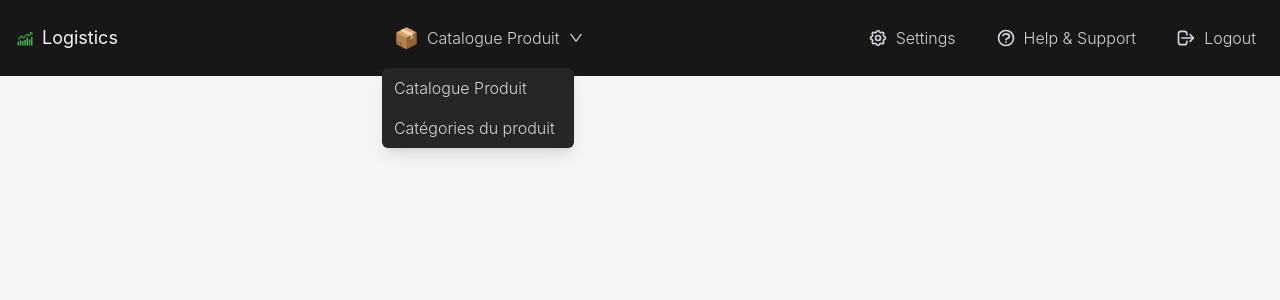
Repository: Mayar2222/Dashboard
Page: /, after clicking the first element matching `button.flex`
The author's editor kept a copy of each file at every save. The page is drawn from the files as they stood at one save, then again after the next save.
The browser window is 1280 px wide. The pictures show the whole page.
Pictures or frames that could not be fetched are drawn as grey boxes. The project was rebuilt for these pictures with package versions that can differ from the ones it lists, and the page was loaded fresh each time. Also part of the build but not shown: src/components/CatalogueProduits.jsx, src/components/Categories.jsx.

Above is the page before, as saved 2024-07-28 16:16:44.

### src/App.jsx
import { Route, BrowserRouter as Router, Routes } from "react-router-dom";
import CatalogueProduits from "./components/CatalogueProduits";
import Categories from "./components/Categories";
import Layout from "./components/shared/Layout";

function App() {
  return (
      <Router>
      <Routes>
        <Route path="/"  element={<Layout/>}>
          <Route path="CatalogueProduits"  element={<CatalogueProduits/>}/>
          <Route path="Categories"  element={<Categories/>}/>

          <Route path="login"  element={<div>this login page</div>}/>

        </Route>
      </Routes>
      </Router>
  );
}

export default App;

### src/index.css
@import url('https://fonts.googleapis.com/css2? family=Poppins:wght@400; 600;700&display=swap');


@tailwind base;
@tailwind components;
@tailwind utilities;

@layer base {
    html {
        font-family: 'Inter', sans-serif;
        line-height: 1.3;
    }
    table {
        /* Add any specific styles for the table here if needed */
    }
    th,
    td {
        @apply py-3 px-2.5 text-sm text-left border-y border-gray-200;
    }
    thead {
        @apply bg-neutral-100;
    }
    th {
        @apply font-semibold;
    }
    a {
        @apply text-sky-500 hover:underline;
    }
}

### src/components/shared/Layout.jsx
import React from 'react'
import { Outlet } from 'react-router-dom'
import Header from './Header'
import Sidebar from './Sidebar'
export default function Layout() {
  return (
    <div className='flex flex-row bg-neutral-100 h-screen w-screen overflow-hidden'>
<Sidebar/>
     <div className='flex-1'>
      <Header/>
      <div className='p-4'>{<Outlet/>}</div>

      </div>


    </div>
  )
}

### src/components/shared/Header.jsx
import { Menu, Popover, Transition } from '@headlessui/react';
import React, { Fragment } from 'react';
import { HiOutlineBell, HiOutlineChat, HiOutlineSearch } from 'react-icons/hi';

export default function Header() {
  return (
    <div className='bg-white h-16 px-4 flex justify-between items-center border-b border-gray-200'>
      <div className='relative'>
        <HiOutlineSearch fontSize={20} className='text-gray-400 absolute top-1/2 -translate-y-1/2 left-3' />
        <input
          type="text"
          placeholder='Search...'
          className='text-sm focus:outline-none active:outline-none h-10 w-[24rem] border border-gray-300 rounded-sm pl-11 pr-4'
        />
      </div>
      <div className="flex items-center gap-2 mr-2">
        <Popover className="relative">
          {({ open }) => (
            <>
              <Popover.Button
                className={`p-1.5 rounded-sm inline-flex items-center ${open ? 'text-gray-900' : 'text-gray-700 hover:text-gray-900'} focus:outline-none`}
              >
                <HiOutlineChat fontSize={24} />
              </Popover.Button>
              <Transition
                as={Fragment}
                enter="transition ease-out duration-200"
                enterFrom="opacity-0 translate-y-1"
                enterTo="opacity-100 translate-y-0"
                leave="transition ease-in duration-150"
                leaveFrom="opacity-100 translate-y-0"
                leaveTo="opacity-0 translate-y-1"
              >
                <Popover.Panel className="absolute right-0 z-10 mt-2.5 w-80">
                  <div className="bg-white rounded-sm shadow-md ring-1 ring-black ring-opacity-5 px-2 py-2.5">
                    <strong className="text-gray-700 font-medium">Messages</strong>
                    <div className="mt-2">This is the messages panel!</div>
                  </div>
                </Popover.Panel>
              </Transition>
            </>
          )}
        </Popover>

        <Popover className="relative">
          {({ open }) => (
            <>
              <Popover.Button
                className={`p-1.5 rounded-sm inline-flex items-center ${open ? 'text-gray-900' : 'text-gray-700 hover:text-gray-900'} focus:outline-none`}
              >
                <HiOutlineBell fontSize={24} />
              </Popover.Button>
              <Transition
                as={Fragment}
                enter="transition ease-out duration-200"
                enterFrom="opacity-0 translate-y-1"
                enterTo="opacity-100 translate-y-0"
                leave="transition ease-in duration-150"
                leaveFrom="opacity-100 translate-y-0"
                leaveTo="opacity-0 translate-y-1"
              >
                <Popover.Panel className="absolute right-0 z-10 mt-2.5 w-80">
                  <div className="bg-white rounded-sm shadow-md ring-1 ring-black ring-opacity-5 px-2 py-2.5">
                    <strong className="text-gray-700 font-medium">Notifications</strong>
                    <div className="mt-2">This is the notifications panel!</div>
                  </div>
                </Popover.Panel>
              </Transition>
            </>
          )}
        </Popover>

        <Menu as="div" className="relative">
          <div>
            <Menu.Button className="ml-2 inline-flex">
              <span className='sr-only'>Open user menu</span>
              <div className='h-10 w-10 rounded-full bg-sky-500 bg-cover bg-no-repeat bg-center' style={{backgroundImage: 'url("https://images.unsplash.com/photo-1529626455594-4ff0802cfb7e?crop=faces&fit=crop&w=80&h=80&q=80")'}}>
                <span className='sr-only'>Mayar</span>
              </div>
            </Menu.Button>
          </div>
          <Transition
            as={Fragment}
            enter="transition ease-out duration-200"
            enterFrom="opacity-0 translate-y-1"
            enterTo="opacity-100 translate-y-0"
            leave="transition ease-in duration-150"
            leaveFrom="opacity-100 translate-y-0"
            leaveTo="opacity-0 translate-y-1"
          >
            <Menu.Items className="absolute right-0 mt-2 w-48 origin-top-right bg-white border border-gray-200 divide-y divide-gray-100 rounded-md shadow-lg outline-none">
              <div className="px-4 py-3">
                <p className="text-sm">Signed in as</p>
                <p className="text-sm font-medium text-gray-900 truncate">Mayar</p>
              </div>
              <div className="py-1">
                <Menu.Item>
                  {({ active }) => (
                    <a
                      href="/profile"
                      className={`${
                        active ? 'bg-gray-100 text-gray-900' : 'text-gray-700'
                      } flex justify-between w-full px-4 py-2 text-sm leading-5 text-left`}
                    >
                      Your Profile
                    </a>
                  )}
                </Menu.Item>
                <Menu.Item>
                  {({ active }) => (
                    <a
                      href="/settings"
                      className={`${
                        active ? 'bg-gray-100 text-gray-900' : 'text-gray-700'
                      } flex justify-between w-full px-4 py-2 text-sm leading-5 text-left`}
                    >
                      Settings
                    </a>
                  )}
                </Menu.Item>
              </div>
              <div className="py-1">
                <Menu.Item>
                  {({ active }) => (
                    <a
                      href="/logout"
                      className={`${
                        active ? 'bg-gray-100 text-gray-900' : 'text-gray-700'
                      } flex justify-between w-full px-4 py-2 text-sm leading-5 text-left`}
                    >
                      Sign out
                    </a>
                  )}
                </Menu.Item>
              </div>
            </Menu.Items>
          </Transition>
        </Menu>
      </div>
    </div>
  );
}

### src/components/shared/Sidebar.jsx
import React, { useState } from 'react';
import { AiOutlineDown, AiOutlineRight } from 'react-icons/ai';
import { FcBullish } from 'react-icons/fc';
import { HiOutlineLogout } from 'react-icons/hi';
import { Link, useLocation } from 'react-router-dom';
import { DASHBOARD_SIDEBAR_BOTTOM_LINKS, DASHBOARD_SIDEBAR_LINKS } from '../../lib/consts/navigation';

const linkClasses =
  'flex items-center gap-2 font-light px-3 py-2 hover:bg-neutral-700 hover:no-underline active:bg-neutral-600 rounded-sm text-base text-gray-300';

const titleClasses = 'flex items-center gap-2 px-1 py-3 text-neutral-100 text-lg';

export default function Sidebar() {
  const { pathname } = useLocation();
  const [isCatalogueOpen, setIsCatalogueOpen] = useState(false);

  const toggleCatalogue = () => {
    setIsCatalogueOpen(!isCatalogueOpen);
  };

  return (
    <nav className="bg-neutral-900 w-full p-3 flex items-center text-white fixed top-0 z-10">
      <div className={`${titleClasses} mr-auto`}>
        <FcBullish />
        <span>Logistics</span>
      </div>
      <div className="flex space-x-4">
        <div className="relative">
          <button onClick={toggleCatalogue} className={linkClasses}>
            <span className="text-xl">📦</span>
            <span>Catalogue Produit</span>
            {isCatalogueOpen ? <AiOutlineDown /> : <AiOutlineRight />}
          </button>
          {isCatalogueOpen && (
            <div className="absolute left-0 mt-2 w-48 bg-neutral-800 rounded-md shadow-lg z-20">
              <Link to="/catalogue" className={linkClasses}>
                Catalogue Produit
              </Link>
              <Link to="/categories" className={linkClasses}>
                Catégories du produit
              </Link>
            </div>
          )}
        </div>
        {DASHBOARD_SIDEBAR_LINKS.filter(link => link.label !== "Catalogue Produit").map(({ key, path, icon, label }) => (
          <Link
            key={key}
            to={path}
            className={`${linkClasses} ${pathname === path ? 'bg-neutral-700' : ''}`}
          >
            {icon && <span className="text-xl">{icon}</span>}
            <span>{label}</span>
          </Link>
        ))}
      </div>
      <div className="flex space-x-4 ml-auto">
        {DASHBOARD_SIDEBAR_BOTTOM_LINKS.map(({ key, path, icon, label }) => (
          <Link
            key={key}
            to={path}
            className={`${linkClasses} ${pathname === path ? 'bg-neutral-700' : ''}`}
          >
            {icon && <span className="text-xl">{icon}</span>}
            <span>{label}</span>
          </Link>
        ))}
        <Link
          to="/logout" // Adjust the path as needed
          className={linkClasses}
        >
          <HiOutlineLogout className="text-xl" />
          <span>Logout</span>
        </Link>
      </div>
    </nav>
  );
}

### src/lib/consts/navigation.jsx
import {
	HiOutlineCog,
	HiOutlineCube,
	HiOutlineQuestionMarkCircle
} from 'react-icons/hi'

export const DASHBOARD_SIDEBAR_LINKS = [

	{
		key: 'CatalogueProduits',
		label: 'Catalogue Produit',
		path: '/CatalogueProduits',
		icon: <HiOutlineCube />
	},



]

export const DASHBOARD_SIDEBAR_BOTTOM_LINKS = [
	{
		key: 'settings',
		label: 'Settings',
		path: '/settings',
		icon: <HiOutlineCog />
	},
	{
		key: 'support',
		label: 'Help & Support',
		path: '/support',
		icon: <HiOutlineQuestionMarkCircle />
	}
]

Loaded but not shown: public/index.html (common file); src/index.js (common file); tailwind.config.js (common file)

After the next save:
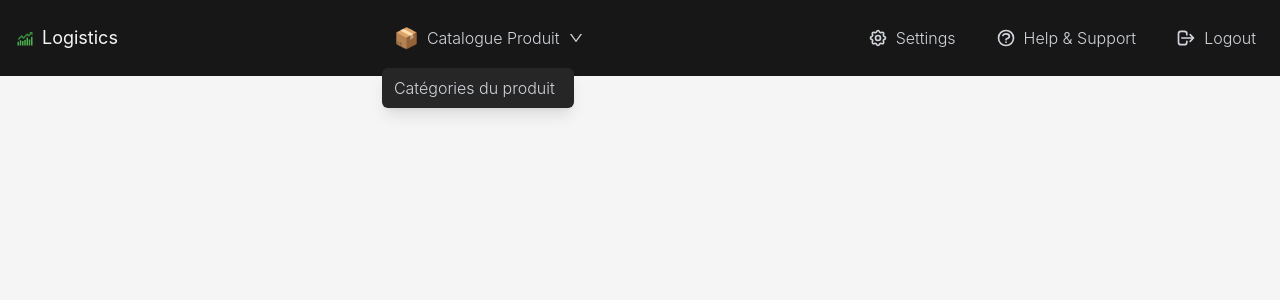
Saved 26 min 46 s later.
--- a/src/components/shared/Sidebar.jsx
+++ b/src/components/shared/Sidebar.jsx
@@ -33,9 +33,7 @@ export default function Sidebar() {
           </button>
           {isCatalogueOpen && (
             <div className="absolute left-0 mt-2 w-48 bg-neutral-800 rounded-md shadow-lg z-20">
-              <Link to="/catalogue" className={linkClasses}>
-                Catalogue Produit
-              </Link>
+
               <Link to="/categories" className={linkClasses}>
                 Catégories du produit
               </Link>
